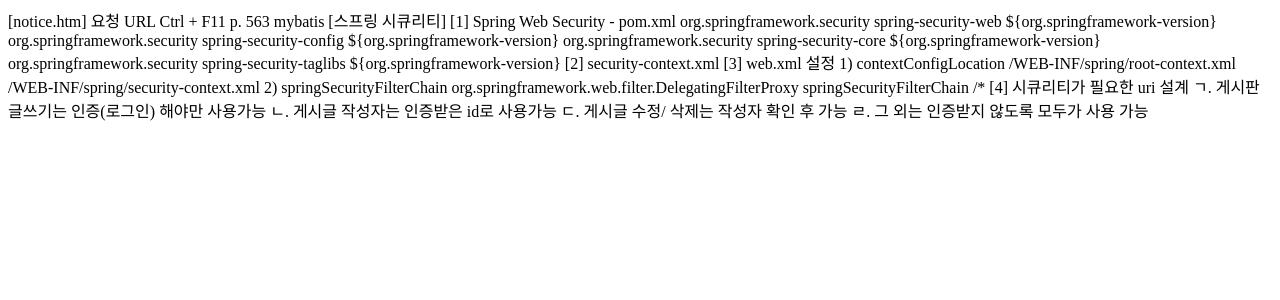
Repository: Vida0822/-
Page: SL11_SECURITY/src/main/webapp/customer/notice.htm
An editor plug-in stored every save of this project. The page is shown before and after the next save, followed by the edit.
The browser window is 1280 px wide. The pictures show the whole page.

Above is the page before, as saved 2023-07-04 00:40:24.

After the next save:
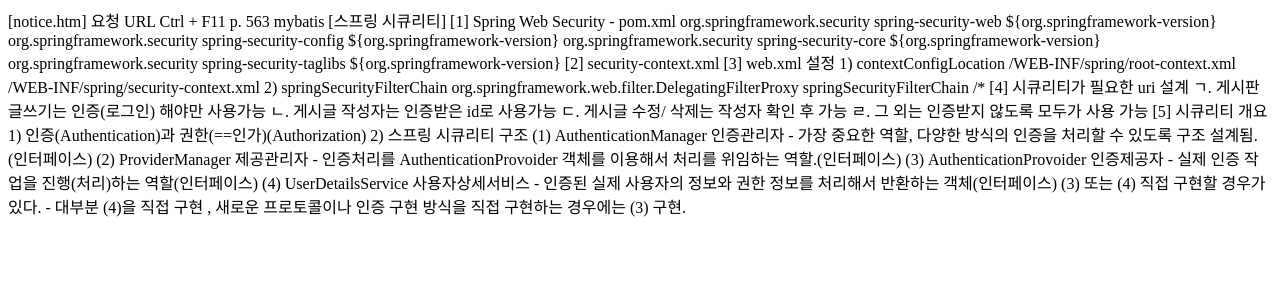
Saved 3 min 48 s later.
--- a/SL11_SECURITY/src/main/webapp/customer/notice.htm
+++ b/SL11_SECURITY/src/main/webapp/customer/notice.htm
@@ -63,3 +63,14 @@
    	ㄴ. 게시글 작성자는 인증받은 id로 사용가능
    	ㄷ. 게시글 수정/ 삭제는 작성자 확인 후 가능
    	ㄹ. 그 외는 인증받지 않도록 모두가 사용 가능
+
+
+	[5] 시큐리티 개요
+   1) 인증(Authentication)과 권한(==인가)(Authorization)
+   2) 스프링 시큐리티 구조
+      (1) AuthenticationManager 인증관리자 - 가장 중요한 역할, 다양한 방식의 인증을 처리할 수 있도록 구조 설계됨.(인터페이스)
+      (2) ProviderManager 제공관리자 - 인증처리를 AuthenticationProvoider 객체를 이용해서 처리를 위임하는 역할.(인터페이스)
+      (3) AuthenticationProvoider 인증제공자 - 실제 인증 작업을 진행(처리)하는 역할(인터페이스)
+      (4) UserDetailsService 사용자상세서비스 - 인증된 실제 사용자의 정보와 권한 정보를 처리해서 반환하는 객체(인터페이스)
+
+      (3) 또는 (4) 직접 구현할 경우가 있다.  - 대부분 (4)을 직접 구현 , 새로운 프로토콜이나 인증 구현 방식을 직접 구현하는 경우에는 (3) 구현.
